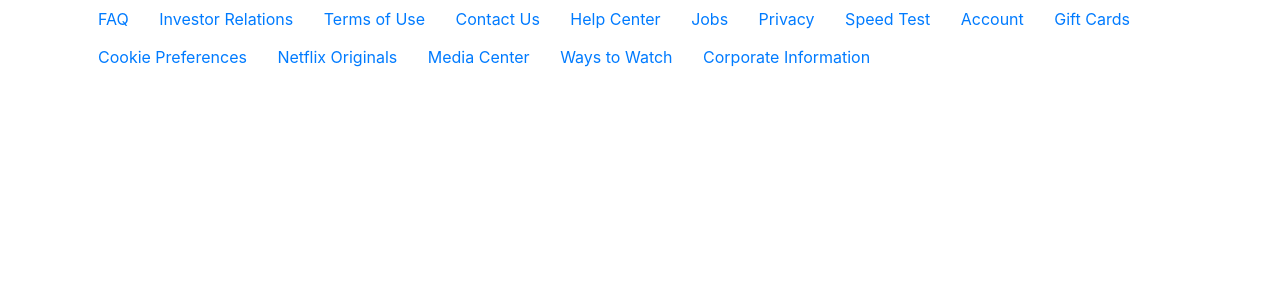
Repository: bharath309/backup
Page: http://localhost/netflix-operation/footerNetflix.jsp
The author's editor kept a copy of each file at every save. The page is drawn from the files as they stood at one save, then again after the next save.
The browser window is 1280 px wide. The pictures show the whole page.
The page is served by Tomcat 9.

Above is the page before, as saved 2018-03-05 22:42:50.

### netflix-operation/src/main/webapp/footerNetflix.jsp
<%@ page language="java" contentType="text/html; charset=ISO-8859-1"
	pageEncoding="ISO-8859-1"%>
<!DOCTYPE html PUBLIC "-//W3C//DTD HTML 4.01 Transitional//EN" "http://www.w3.org/TR/html4/loose.dtd">
<html>
<head>
<meta http-equiv="Content-Type" content="text/html; charset=ISO-8859-1">
<title>Bootstrap 4 Example</title>
<meta name="viewport" content="width=device-width, initial-scale=1">
<link rel="stylesheet"
	href="https://maxcdn.bootstrapcdn.com/bootstrap/4.0.0/css/bootstrap.min.css">
<script
	src="https://ajax.googleapis.com/ajax/libs/jquery/3.3.1/jquery.min.js"></script>
<script
	src="https://maxcdn.bootstrapcdn.com/bootstrap/4.0.0/js/bootstrap.min.js"></script>
</head>
<body>
	<div class="container">


			<button type="button" class="btn btn-link">FAQ</button>
				<button type="button" class="btn btn-link">Investor Relations</button>
			<button type="button" class="btn btn-link">Terms of Use</button>
				<button type="button" class="btn btn-link">Contact Us</button>
				<button type="button" class="btn btn-link">Help Center</button>
				<button type="button" class="btn btn-link">Jobs</button>
				<button type="button" class="btn btn-link">Privacy</button>
				<button type="button" class="btn btn-link">Speed Test</button>
				<button type="button" class="btn btn-link">Account</button>
				<button type="button" class="btn btn-link">Gift Cards</button>
				<button type="button" class="btn btn-link">Cookie Preferences</button>
				<button type="button" class="btn btn-link">Netflix Originals</button>
				<button type="button" class="btn btn-link">Media Center</button>
				<button type="button" class="btn btn-link">Ways to Watch</button>
				<button type="button" class="btn btn-link">Corporate Information</button>
			</ul>
		</div>


</body>
</html>

After the next save:
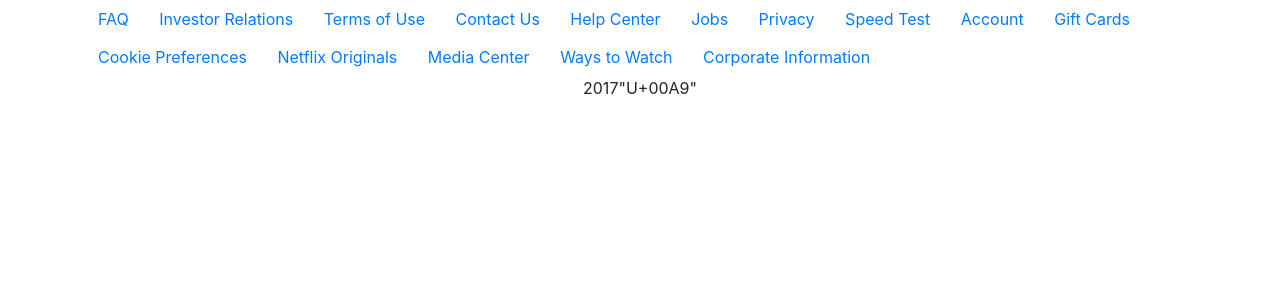
Saved 60 min 52 s later.
--- a/netflix-operation/src/main/webapp/footerNetflix.jsp
+++ b/netflix-operation/src/main/webapp/footerNetflix.jsp
@@ -33,6 +33,8 @@
 				<button type="button" class="btn btn-link">Ways to Watch</button>
 				<button type="button" class="btn btn-link">Corporate Information</button>
 			</ul>
+
+			<p align="center">2017"U+00A9"	</p>
 		</div>
 
 
